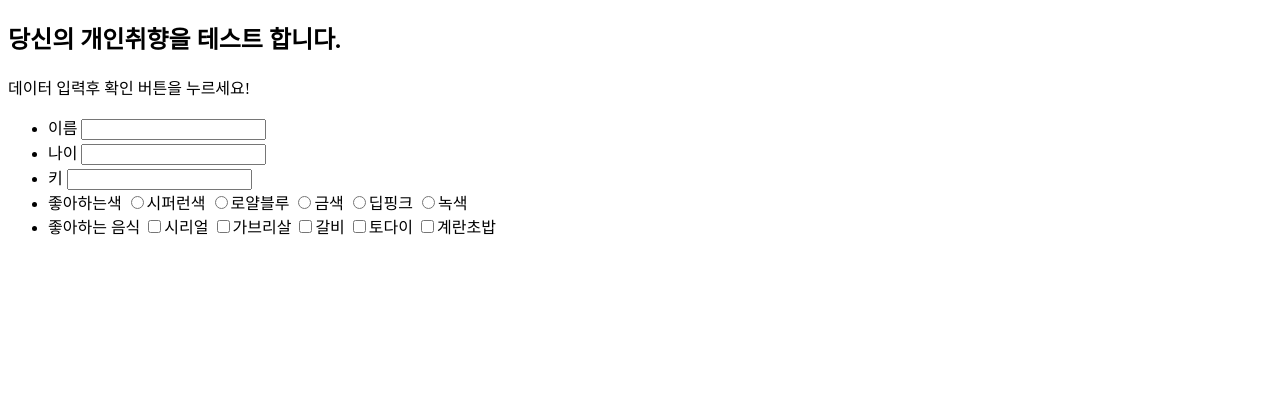
Repository: Jiwon-cho/WASPractice
Page: 02_servletdata/web/views/testPerson.html
These files come from the project's save history. The page is drawn as it stood at one moment and after the next save; the edit follows.
The browser window is 1280 px wide. The pictures show the whole page.

Above is the page before, as saved 2021-04-30 09:16:54.

### 02_servletdata/web/views/testPerson.html
<!DOCTYPE html>
<html>
<head>
<meta charset="UTF-8">
<title>개인취향 테스트</title>
</head>
<body>
<h2>당신의 개인취향을 테스트 합니다.</h2>
<p>데이터 입력후 확인 버튼을 누르세요!</p>
<form action="" method="post">
<ul>
<li>이름 <input type="text" name="name"></li>
<li>나이 <input type="number" name="age"></li>
<li>키 <input type="text" name="height"></li>
<li>좋아하는색
	<label><input type="radio" name="color" value="cornflowerblue">시퍼런색</label>
	<label><input type="radio" name="color" value="royalblue">로얄블루</label>
	<label><input type="radio" name="color" value="gold">금색</label>
	<label><input type="radio" name="color" value="deeppink">딥핑크</label>
	<label><input type="radio" name="color" value="green">녹색</label>

</li>
<li>좋아하는 음식
<label><input type="checkbox" name="food" value="시리얼">시리얼</label>
<label><input type="checkbox" name="food" value="가브리살">가브리살</label>
<label><input type="checkbox" name="food" value="갈비">갈비</label>
<label><input type="checkbox" name="food" value="토다이">토다이</label>
<label><input type="checkbox" name="food" value="계란초밥">계란초밥</label>
</ul>
</form>

</body>
</html>

After the next save:
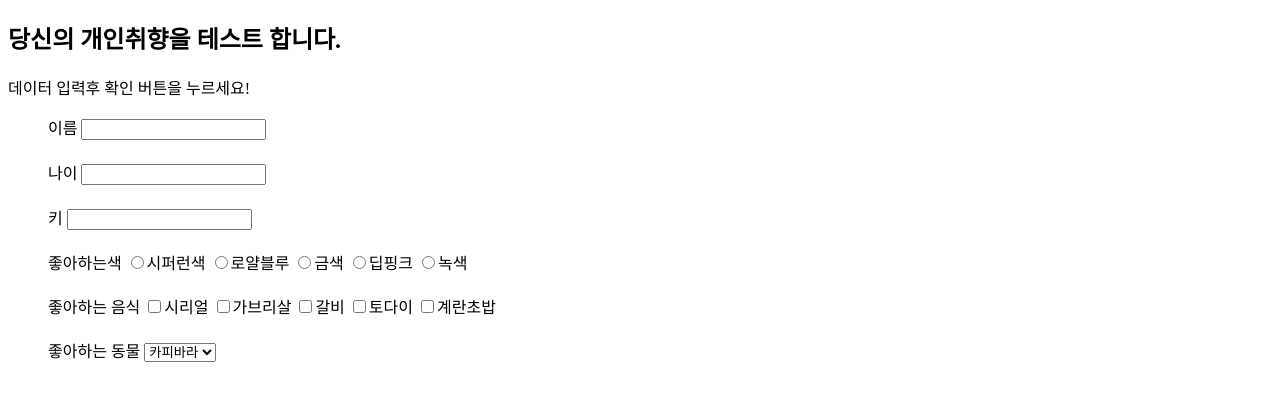
Saved 48 min 12 s later.
--- a/02_servletdata/web/views/testPerson.html
+++ b/02_servletdata/web/views/testPerson.html
@@ -3,6 +3,16 @@
 <head>
 <meta charset="UTF-8">
 <title>개인취향 테스트</title>
+<style>
+ul{
+	list-style-type:none;
+	}
+ul>li{
+	margin-bottom:20px;
+}
+</style>
+
+
 </head>
 <body>
 <h2>당신의 개인취향을 테스트 합니다.</h2>
@@ -26,6 +36,17 @@
 <label><input type="checkbox" name="food" value="갈비">갈비</label>
 <label><input type="checkbox" name="food" value="토다이">토다이</label>
 <label><input type="checkbox" name="food" value="계란초밥">계란초밥</label>
+</li>
+<li>좋아하는 동물
+<select name="animal">
+<option value="카피바라">카피바라</option>
+<option value="강아지">강아지</option>
+<option value="카피바라">카피바라</option>
+<option value="카피바라">카피바라</option>
+<option value="카피바라">카피바라</option>
+</select>
+
+
 </ul>
 </form>
 
